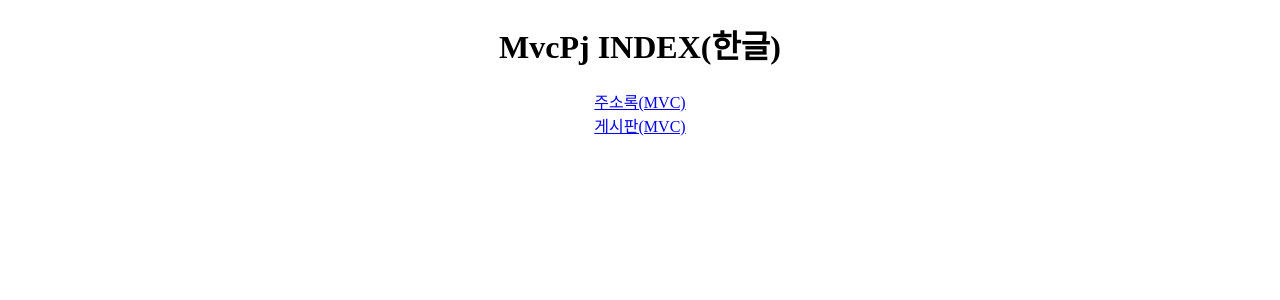
Repository: betweenhj702/Web-App-Server-Practices
Page: http://localhost/MvcPj/
An editor plug-in stored every save of this project. The page is shown before and after the next save, followed by the edit.
The browser window is 1280 px wide. The pictures show the whole page.
The page is served by Tomcat 9. Other server files are loaded and not shown.

Above is the page before, as saved 2021-01-05 07:25:21.

### workspace/MvcPj/WebContent/index.jsp
<%@ page language="java" contentType="text/html; charset=UTF-8"
    pageEncoding="UTF-8"%>
<!DOCTYPE html>
<html>
<head>
<meta charset="UTF-8">
<title>MvcPj index</title>
</head>
<body>
	<div style="text-align:center">
		<h1>MvcPj INDEX(한글)</h1>
		<p>
			<a href="addr/addr.do">주소록(MVC)</a><br/>
		 	<a href="sm/sm.do?cp=1&ps=3">게시판(MVC)</a><br/>
		</p>
		</div>
</body>
</html>

After the next save:
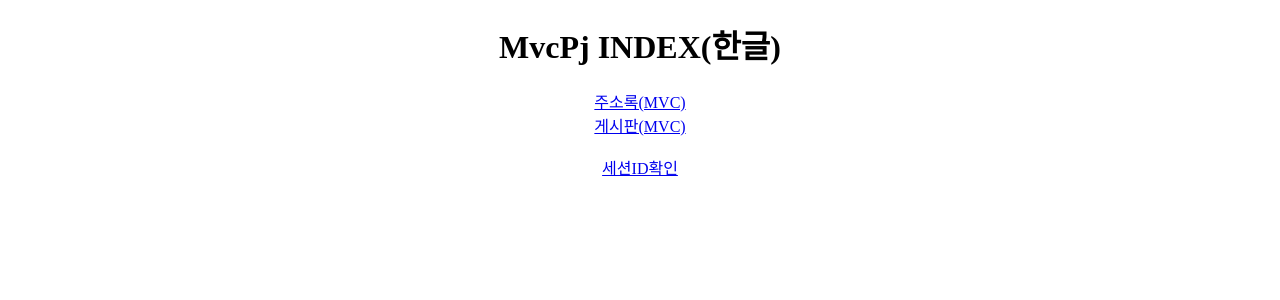
Saved 13 min 36 s later.
--- a/workspace/MvcPj/WebContent/index.jsp
+++ b/workspace/MvcPj/WebContent/index.jsp
@@ -11,7 +11,9 @@
 		<h1>MvcPj INDEX(한글)</h1>
 		<p>
 			<a href="addr/addr.do">주소록(MVC)</a><br/>
-		 	<a href="sm/sm.do?cp=1&ps=3">게시판(MVC)</a><br/>
+		 	<a href="sm/sm.do?cp=1&ps=3">게시판(MVC)</a><br/><br/>
+
+		 	<a href="scope/session_test.jsp">세션ID확인</a><br/>
 		</p>
 		</div>
 </body>
